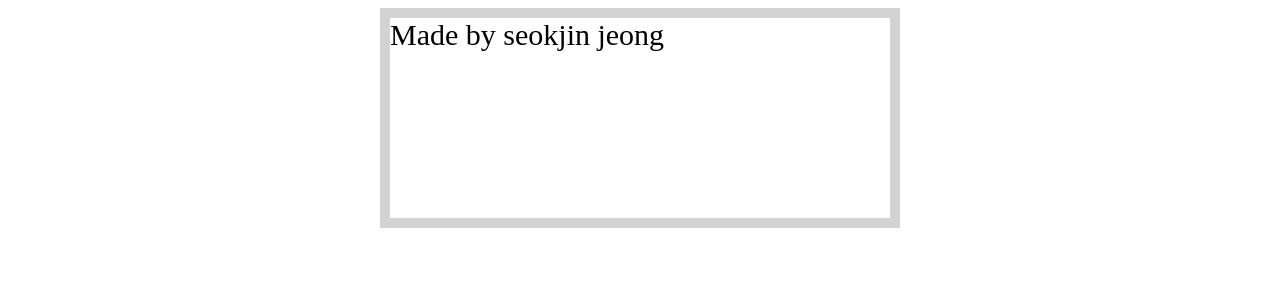
Repository: jsj961/bulletin-board-system
Page: http://localhost/BBS/madeby.jsp
These files come from the project's save history. The page is drawn as it stood at one moment and after the next save; the edit follows.
The browser window is 1280 px wide. The pictures show the whole page.
Some web fonts or font styles are not loaded; a fallback is used. The page is served by Tomcat 9.

Above is the page before, as saved 2021-07-03 07:40:48.

After the next save:
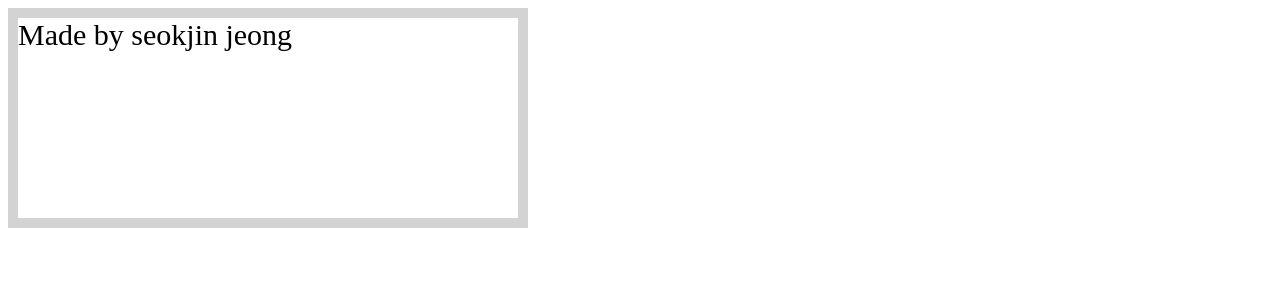
Saved 53 s later.
--- a/BBS/src/main/webapp/madeby.jsp
+++ b/BBS/src/main/webapp/madeby.jsp
@@ -16,6 +16,6 @@
 <body>
 	<div class="box" style="width: 500px; height: 200px;
 	border: 10px solid lightgray; font-size: 30px;
-	margin: auto; text-align: auto;">Made by seokjin jeong</div>
+	left:50%; top:50%;">Made by seokjin jeong</div>
 </body>
 </html>

After the 2 saves that followed:
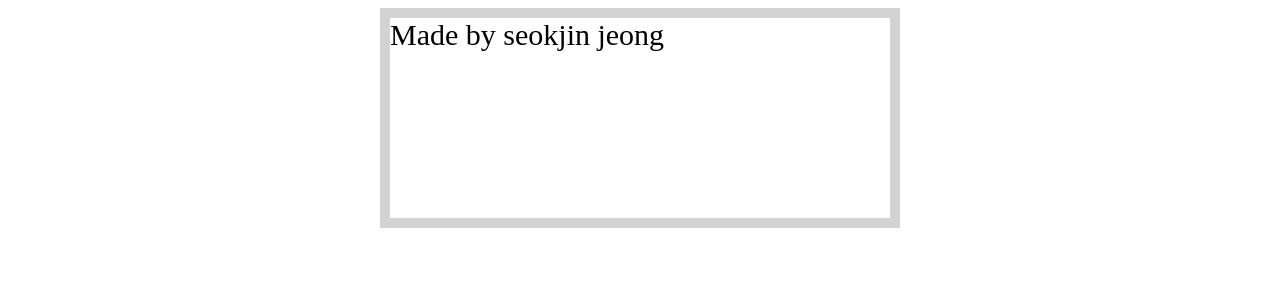
The 2 saves are shown as one change because 1 left the picture as it was.
The last was saved 66 s later.
--- a/BBS/src/main/webapp/madeby.jsp
+++ b/BBS/src/main/webapp/madeby.jsp
@@ -16,6 +16,6 @@
 <body>
 	<div class="box" style="width: 500px; height: 200px;
 	border: 10px solid lightgray; font-size: 30px;
-	left:50%; top:50%;">Made by seokjin jeong</div>
+	margin: auto; text-align: auto;">Made by seokjin jeong</div>
 </body>
 </html>
